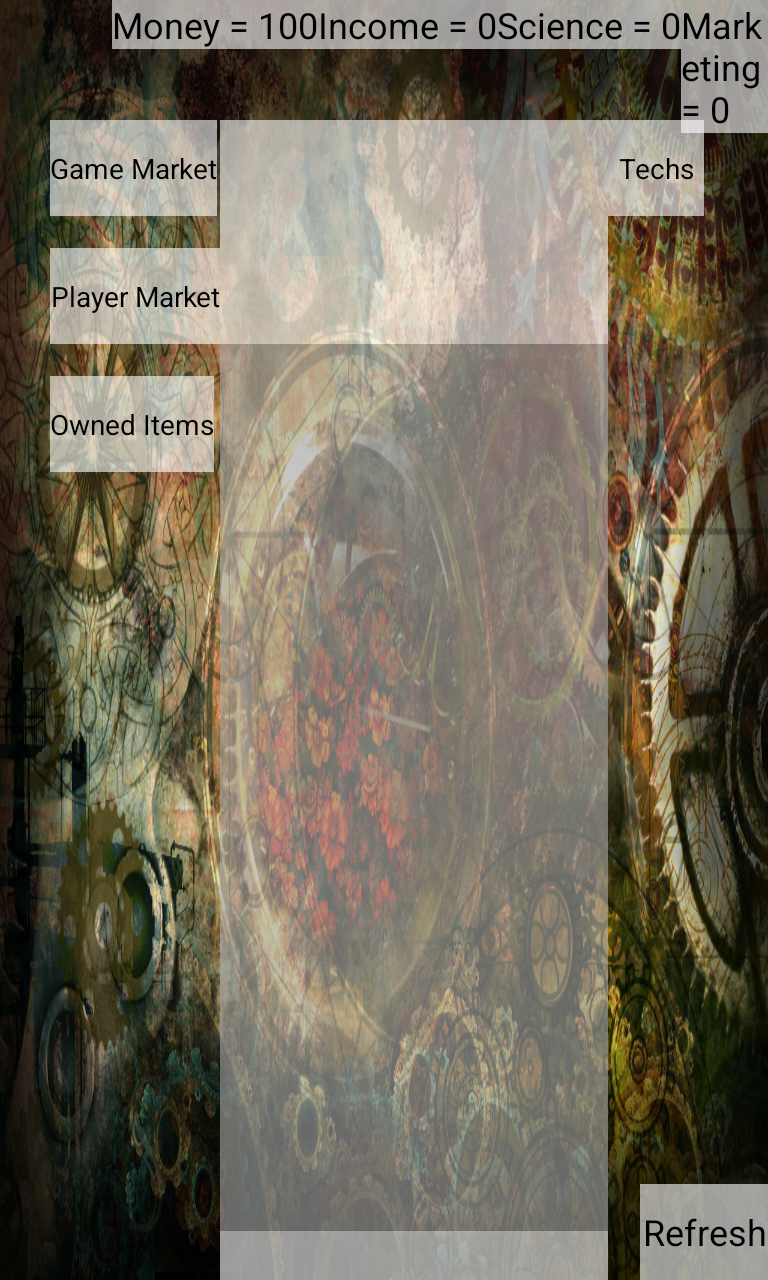
Repository: jkrepps/CSCE-482
Layout: Mobile Client (eclipse)/Industry of Deciet/res/layout/activity_hudscreen.xml
These files come from the project's save history. The layout is drawn as it stood at one moment and after the next save; the edit follows.
It is drawn on a 768 x 1280 px phone screen (xhdpi) without system bars, with theme AppTheme; the app's code is not run.

Above is the layout before, as saved 2014-12-04 07:16:38.

After the next save:
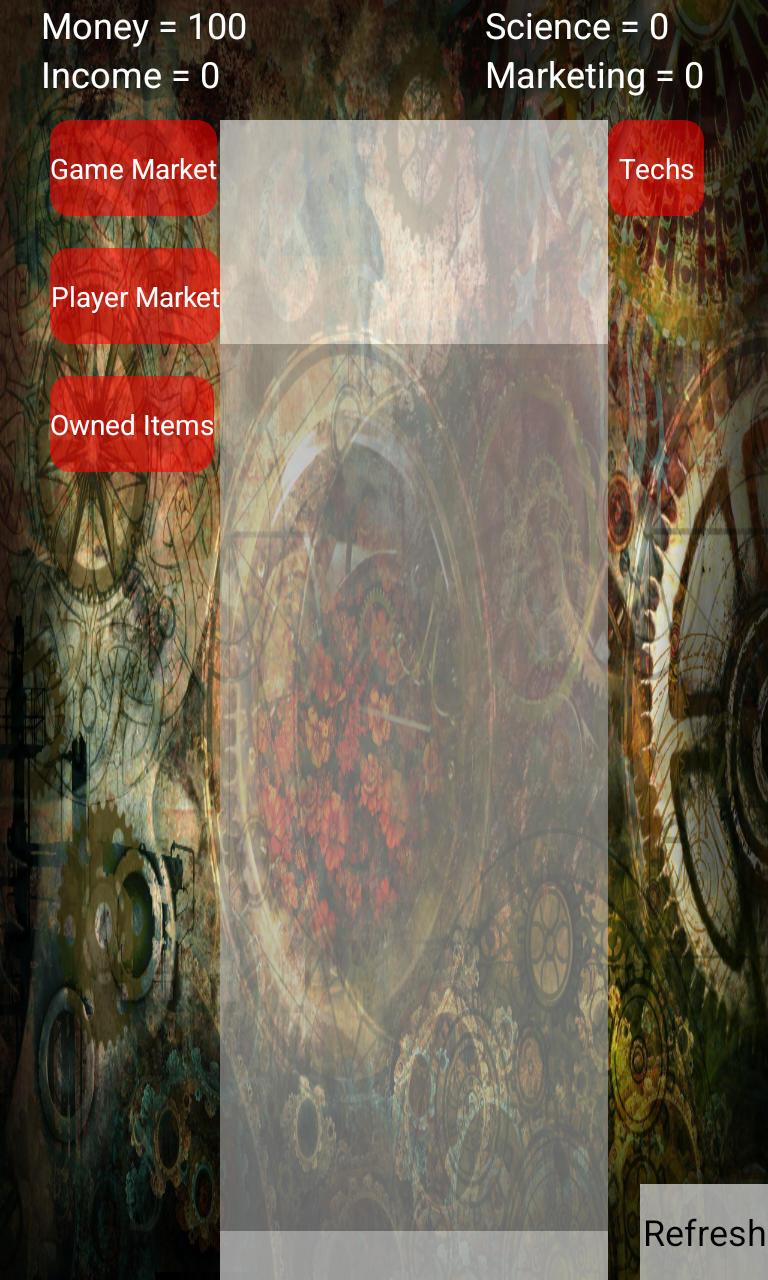
Saved 21 min 7 s later.
--- a/Mobile Client (eclipse)/Industry of Deciet/res/layout/activity_hudscreen.xml
+++ b/Mobile Client (eclipse)/Industry of Deciet/res/layout/activity_hudscreen.xml
@@ -11,7 +11,6 @@
 
         <Button
             android:id="@+id/button1"
-			android:background="#99FFFFFF"
             style="?android:attr/buttonStyleSmall"
             android:layout_width="wrap_content"
             android:layout_height="wrap_content"
@@ -19,29 +18,33 @@
             android:layout_alignParentTop="true"
             android:layout_marginLeft="25dp"
             android:layout_marginTop="60dp"
-            android:text="Game Market" />
+            android:background="@drawable/roundedbutton"
+            android:text="Game Market"
+            android:textColor="#FFFFFF" />
 
         <Button
             android:id="@+id/button2"
-			android:background="#99FFFFFF"
             style="?android:attr/buttonStyleSmall"
             android:layout_width="wrap_content"
             android:layout_height="wrap_content"
             android:layout_alignLeft="@+id/button1"
             android:layout_below="@+id/button1"
             android:layout_marginTop="16dp"
-            android:text="Player Market" />
+            android:background="@drawable/roundedbutton"
+            android:text="Player Market"
+            android:textColor="#FFFFFF" />
 
         <Button
             android:id="@+id/button3"
-			android:background="#99FFFFFF"
             style="?android:attr/buttonStyleSmall"
             android:layout_width="wrap_content"
             android:layout_height="wrap_content"
             android:layout_alignParentRight="true"
             android:layout_alignTop="@+id/button1"
             android:layout_marginRight="32dp"
-            android:text="Techs" />
+            android:background="@drawable/roundedbutton"
+            android:text="Techs"
+            android:textColor="#FFFFFF" />
 
         <ScrollView
             android:id="@+id/scrollView1"
@@ -101,55 +104,59 @@
 
         <Button
             android:id="@+id/button5"
-			android:background="#99FFFFFF"
             style="?android:attr/buttonStyleSmall"
             android:layout_width="wrap_content"
             android:layout_height="wrap_content"
             android:layout_alignLeft="@+id/button2"
             android:layout_alignTop="@+id/scrollView2"
             android:layout_marginTop="16dp"
-            android:text="Owned Items" />
+            android:background="@drawable/roundedbutton"
+            android:text="Owned Items"
+            android:textColor="#FFFFFF" />
+
+        <TextView
+            android:id="@+id/textView2"
+            android:layout_width="wrap_content"
+            android:layout_height="wrap_content"
+            android:layout_alignLeft="@+id/textView3"
+            android:layout_alignParentTop="true"
+            android:background="#00000000"
+            android:text="Science = 0"
+            android:textAppearance="?android:attr/textAppearanceMedium"
+            android:textColor="#ffffff" />
 
         <TextView
             android:id="@+id/textView1"
             android:layout_width="wrap_content"
             android:layout_height="wrap_content"
-            android:layout_alignLeft="@+id/button1"
+            android:layout_alignLeft="@+id/textView4"
             android:layout_alignParentTop="true"
-            android:layout_marginLeft="31dp"
-            android:background="#99FFFFFF"
+            android:background="#00000000"
             android:text="Money = 100"
-            android:textAppearance="?android:attr/textAppearanceMedium" />
+            android:textAppearance="?android:attr/textAppearanceMedium"
+            android:textColor="#FFFFFF" />
 
         <TextView
             android:id="@+id/textView4"
             android:layout_width="wrap_content"
             android:layout_height="wrap_content"
-            android:layout_alignParentTop="true"
-            android:layout_toRightOf="@+id/textView1"
-            android:background="#99FFFFFF"
+            android:layout_alignRight="@+id/button2"
+            android:layout_below="@+id/textView1"
+            android:background="#00000000"
             android:text="Income = 0"
-            android:textAppearance="?android:attr/textAppearanceMedium" />
-
-        <TextView
-            android:id="@+id/textView2"
-            android:layout_width="wrap_content"
-            android:layout_height="wrap_content"
-            android:layout_alignParentTop="true"
-            android:layout_toRightOf="@+id/textView4"
-            android:background="#99FFFFFF"
-            android:text="Science = 0"
-            android:textAppearance="?android:attr/textAppearanceMedium" />
+            android:textAppearance="?android:attr/textAppearanceMedium"
+            android:textColor="#FFFFFF" />
 
         <TextView
             android:id="@+id/textView3"
             android:layout_width="wrap_content"
             android:layout_height="wrap_content"
-            android:layout_alignParentTop="true"
-            android:layout_toRightOf="@+id/textView2"
-            android:background="#99FFFFFF"
+            android:layout_alignRight="@+id/button3"
+            android:layout_below="@+id/textView2"
+            android:background="#00000000"
             android:text="Marketing = 0"
-            android:textAppearance="?android:attr/textAppearanceMedium" />
+            android:textAppearance="?android:attr/textAppearanceMedium"
+            android:textColor="#FFFFFF" />
 
     </RelativeLayout>
 
